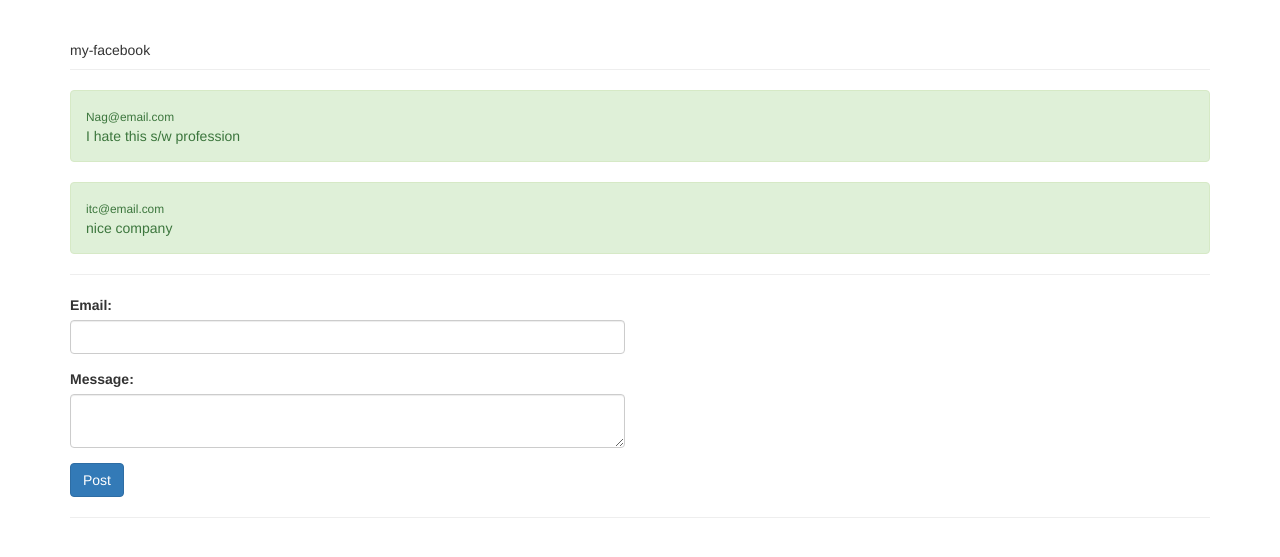
Repository: nagabhushanamn/itc-batch
Page: new/my-facebook/WebContent/index.html
These files come from the project's save history. The page is drawn as it stood at one moment and after the next save; the edit follows.
The browser window is 1280 px wide. The pictures show the whole page.

Above is the page before, as saved 2017-03-18 10:40:13.

### new/my-facebook/WebContent/index.html
<!DOCTYPE html>
<html>
<head>
<meta charset="UTF-8">
<title>my-facebook</title>
<link href="css/bootstrap.css" rel="stylesheet">
</head>
<body class="container">

	<div class="page-header">my-facebook</div>

	<div class="list-group">
		<div class="alert alert-success">
			<small>Nag@email.com</small>
			<p>I hate this s/w profession</p>
		</div>
		<div class="alert alert-success">
			<small>itc@email.com</small>
			<p>nice company</p>
		</div>
	</div>
	<hr/>

	<div class="row">
		<div class="col-sm-6">
			<form action="">
				<div class="form-group">
					<label>Email:</label>
					<input class="form-control"/>
				</div>
				<div class="form-group">
					<label>Message:</label>
					<textarea class="form-control"></textarea>
				</div>
				<button type="submit" class="btn btn-primary">Post</button>
			</form>
		</div>
	</div>
	<hr/>






</body>
</html>

Loaded but not shown: new/my-facebook/WebContent/css/bootstrap.css (library)

After the next save:
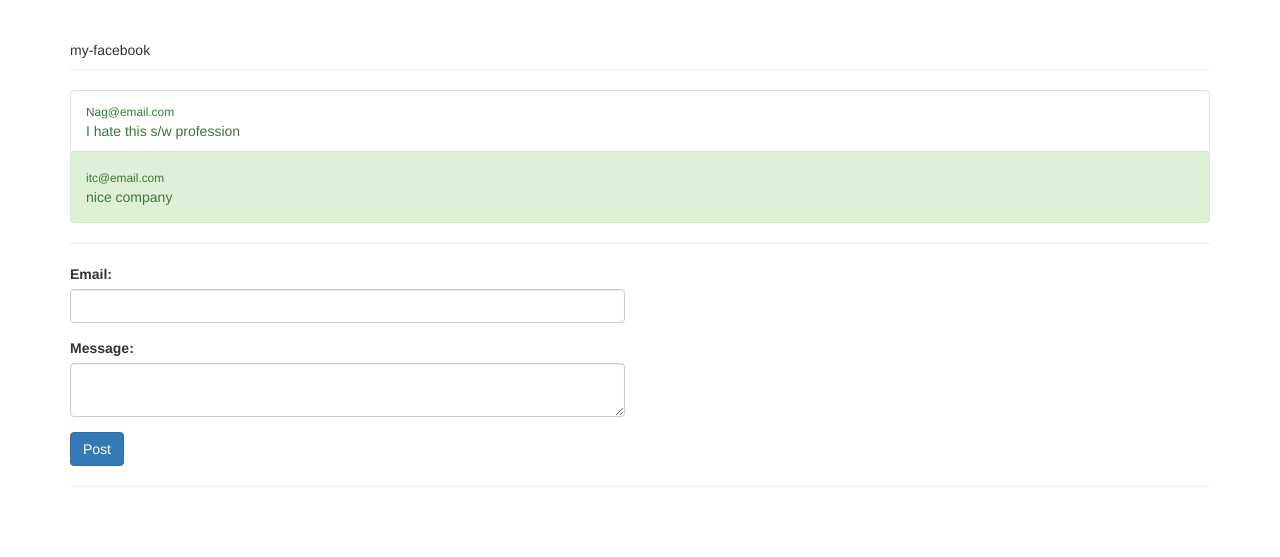
Saved 6 s later.
--- a/new/my-facebook/WebContent/index.html
+++ b/new/my-facebook/WebContent/index.html
@@ -10,7 +10,7 @@
 	<div class="page-header">my-facebook</div>
 
 	<div class="list-group">
-		<div class="alert alert-success">
+		<div class="alert alert-success list-group-item">
 			<small>Nag@email.com</small>
 			<p>I hate this s/w profession</p>
 		</div>
